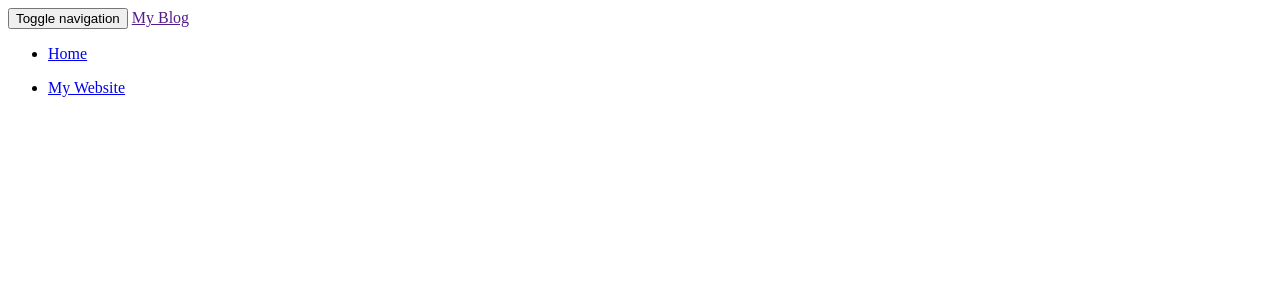
Repository: AnnieFisher/blog
Page: BlogMVC/WebContent/nav.html
The author's editor kept a copy of each file at every save. The page is drawn from the files as they stood at one save, then again after the next save.
The browser window is 1280 px wide. The pictures show the whole page.

Above is the page before, as saved 2016-12-20 07:03:07.

After the next save:
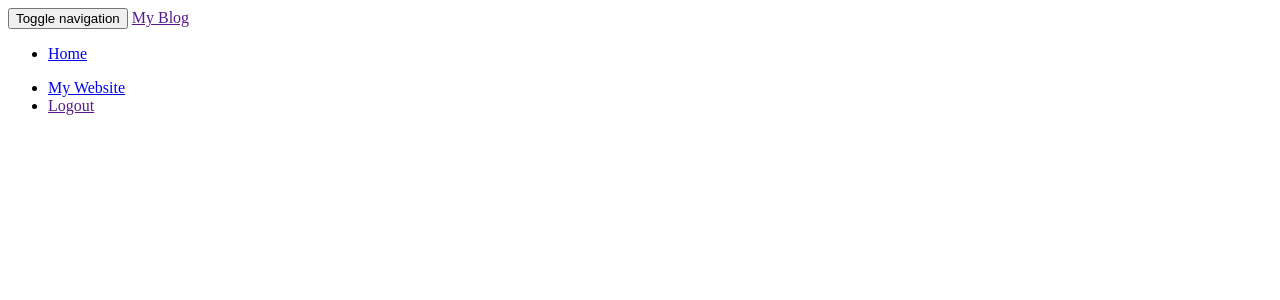
Saved 90 s later.
--- a/BlogMVC/WebContent/nav.html
+++ b/BlogMVC/WebContent/nav.html
@@ -17,7 +17,7 @@
             </ul>
             <ul class="nav navbar-nav navbar-right">
             <li><a href="http://annielynnfisher.com" target="_blank">My Website</a></li>
-            </ul>
+ <li ng-click="logOut()"><a href="">Logout</a></li>            </ul>
           </div><!--/.nav-collapse -->
         </div><!--/.container-fluid -->
       </nav>
